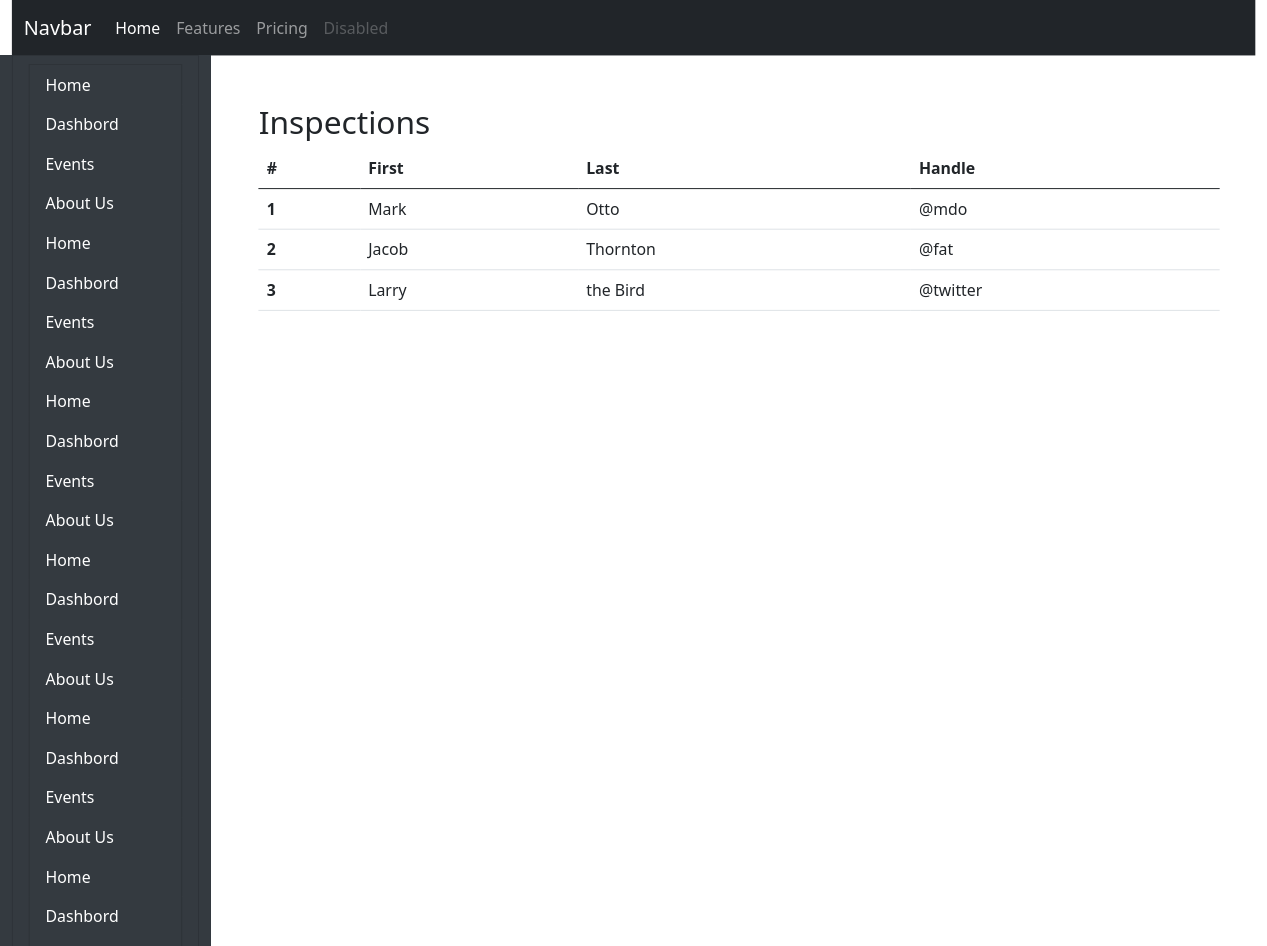
Repository: Dayvid0/BOOTSTRAP-TUTORIALS
Page: BOOTSTRAP-GRID-LAYOUTS/ibmexample.html
The author's editor kept a copy of each file at every save. The page is drawn from the files as they stood at one save, then again after the next save.
The browser window is 1280 px wide. The pictures show the whole page, at 99% of full size.

Above is the page before, as saved 2025-01-28 17:24:57.

After the next save:
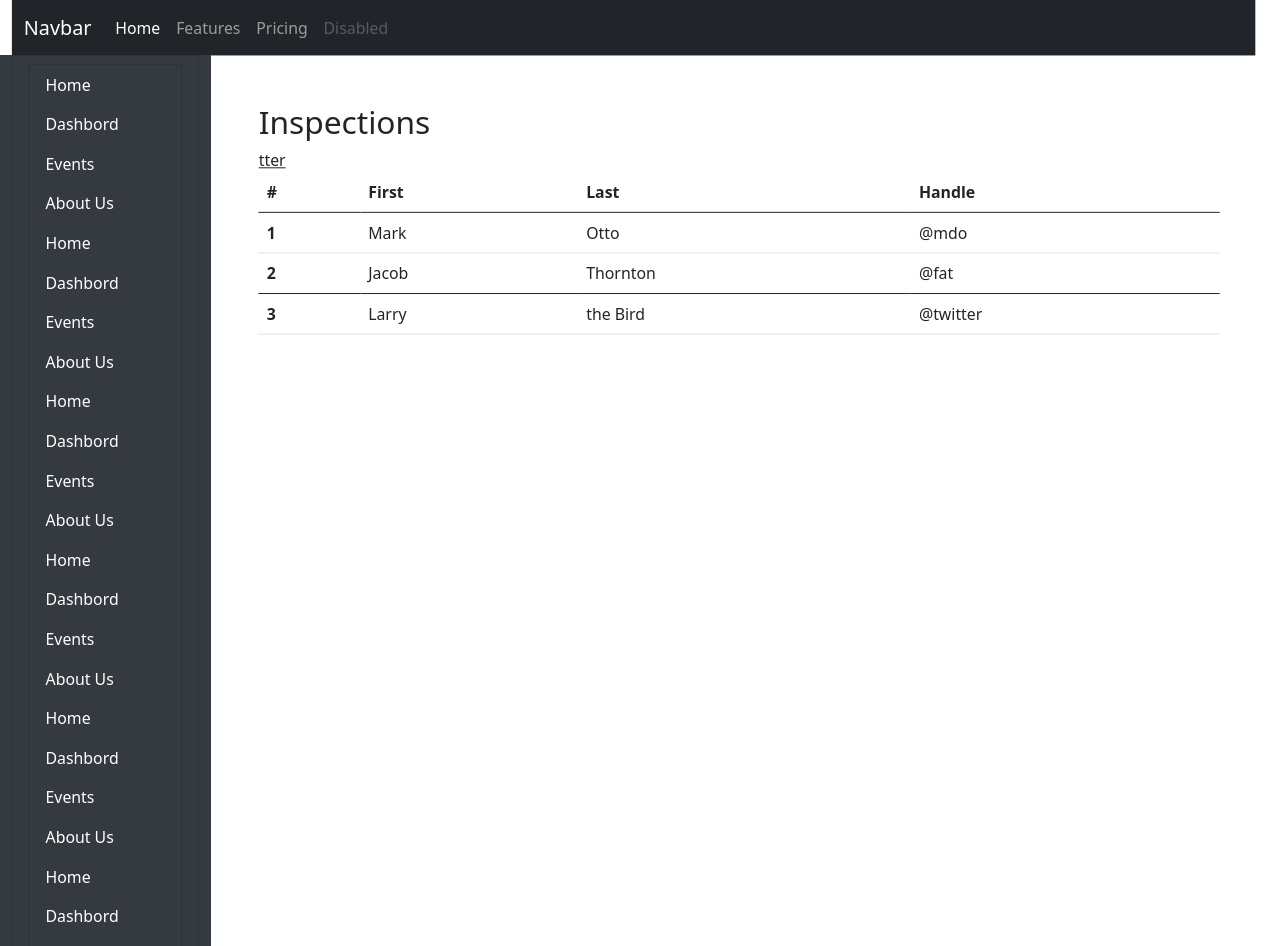
Saved 15 s later.
--- a/BOOTSTRAP-GRID-LAYOUTS/ibmexample.html
+++ b/BOOTSTRAP-GRID-LAYOUTS/ibmexample.html
@@ -70,7 +70,7 @@
         <h2>Inspections</h2>
         <table class="table">
           <thead>
-            <tr>
+            <u>
               <th scope="col">#</th>
               <th scope="col">First</th>
               <th scope="col">Last</th>
@@ -89,7 +89,9 @@
               <td>Jacob</td>
               <td>Thornton</td>
               <td>@fat</td>
-            </tr>
+            </tr>tter</td>
+          </tr>
+        </tbody>
             <tr>
               <th scope="row">3</th>
               <td>Larry </td>
